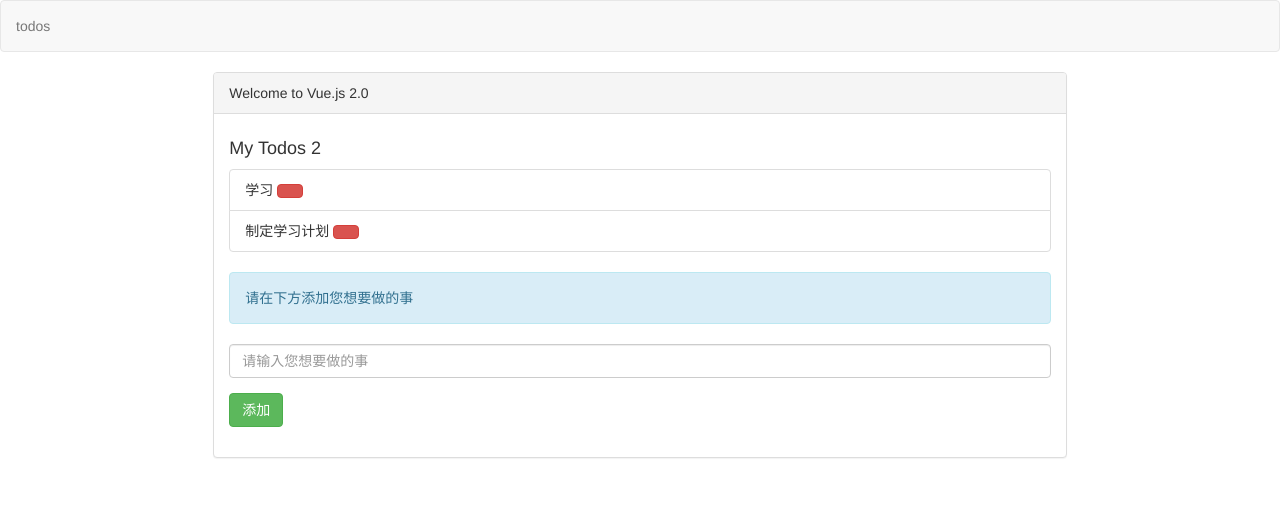
Repository: myr1111/todo
Page: Todoapp/index.html
An editor plug-in stored every save of this project. The page is shown before and after the next save, followed by the edit.
The browser window is 1280 px wide. The pictures show the whole page.

Above is the page before, as saved 2019-04-01 08:40:10.

### Todoapp/index.html
<!DOCTYPE html>
<html lang="en">
<head>
    <meta charset="UTF-8">
    <meta name="viewport" content="width=device-width, initial-scale=1.0">
    <meta http-equiv="X-UA-Compatible" content="ie=edge">
    <title>Document</title>
    <link rel="stylesheet" href="bootstrap.min.css">
    <script src="vue.min.js"></script>
</head>
<body>
    <nav class="navbar navbar-default">
        <p class="navbar-text">todos</p>
    </nav>
    <div id="app" class="container col-md-8 col-md-offset-2">
        <div class="row">
            <div class="panel panel-default">
                <div class=" panel-heading">Welcome to Vue.js 2.0</div>
                <div class="panel-body">
                    <h4>My Todos {{todosCount}}</h4>
                    <ul class="list-group">
                        <li class="list-group-item"
                            v-for="todo in todos"
                        >{{todo.title}}
                            <button class="btn btn-danger"></button>
                        </li>
                    </ul>
                    <div class="alert alert-info">请在下方添加您想要做的事</div>
                    <form v-on:submit.prevent="add()">
                        <div class="form-group">
                            <input v-model="newTodo.title" type="text" placeholder="请输入您想要做的事" class="form-control">
                        </div>
                        <div class="form-group">
                            <button type="submit" class="btn btn-success">添加</button>
                        </div>
                    </form>
                </div>
            </div>
        </div>
    </div>
    <script>
        new Vue({
            el : "#app",
            data : {
                todos : [
                    {title : "学习"},
                    {title : "制定学习计划"}
                ],
                newTodo : {title : ""}
            },
            computed: {
                todosCount(){
                    return this.todos.length;
                }
            },
            methods: {
                add(){
                    this.todos.push(this.newTodo);
                    this.newTodo = {title : ""};
                }
            },
        });

    </script>
</body>
</html>

Loaded but not shown: Todoapp/bootstrap.min.css (library); Todoapp/vue.min.js (library)

After the next save:
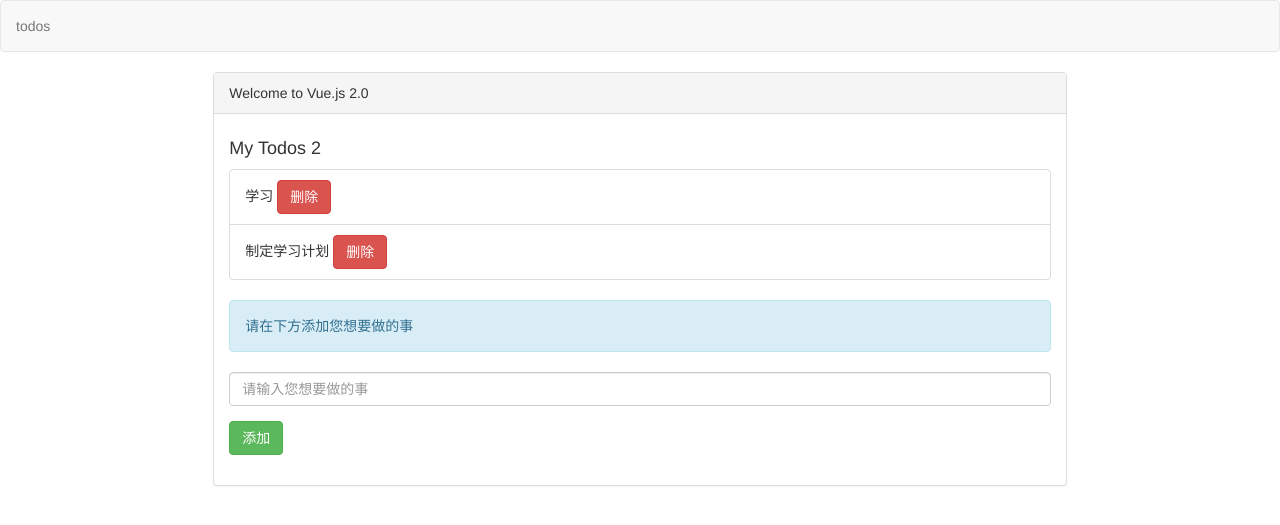
Saved 10 s later.
--- a/Todoapp/index.html
+++ b/Todoapp/index.html
@@ -22,7 +22,7 @@
                         <li class="list-group-item"
                             v-for="todo in todos"
                         >{{todo.title}}
-                            <button class="btn btn-danger"></button>
+                            <button class="btn btn-danger">删除</button>
                         </li>
                     </ul>
                     <div class="alert alert-info">请在下方添加您想要做的事</div>
